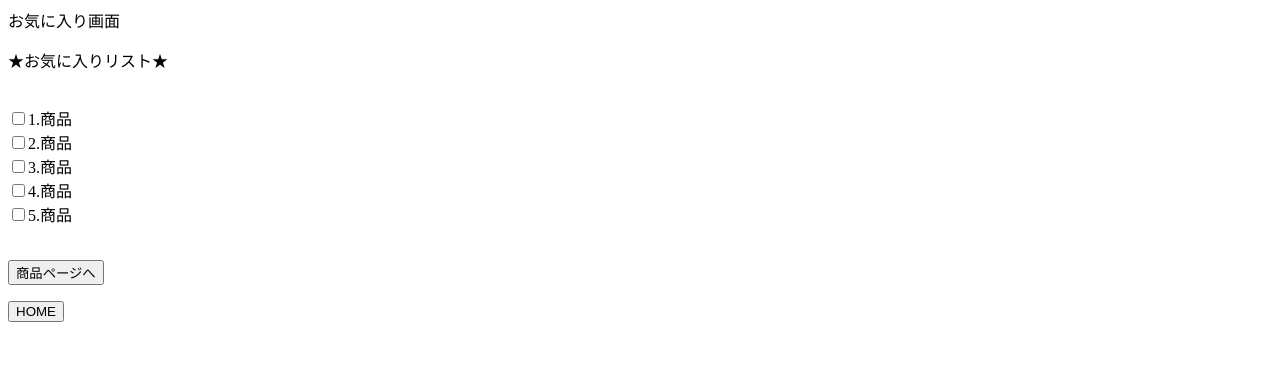
Repository: nathox/backup
Page: http://localhost/Favorite/
The author's editor kept a copy of each file at every save. The page is drawn from the files as they stood at one save, then again after the next save.
The browser window is 1280 px wide. The pictures show the whole page.
The page is served by Tomcat 9. Other server files are loaded and not shown.

Above is the page before, as saved 2018-02-06 01:35:58.
Console error (its wording comes from the project's code and is left out).

### Favorite/WebContent/a.jsp
<%@ page language="java" contentType="text/html; charset=UTF-8"
    pageEncoding="UTF-8"%>
<!DOCTYPE html PUBLIC "-//W3C//DTD HTML 4.01 Transitional//EN" "http://www.w3.org/TR/html4/loose.dtd">
<html>
<head>
<meta http-equiv="Content-Type" content="text/html; charset=UTF-8">
<title>Insert title here</title>
</head>
<body>



<form name="frmMove">
<script language=javascript>
function obakasannemou(){
objChk = frmMove.chkMove //チェックボックスオブジェクトを参照
str = ""; //チェック内容を代入する変数
for(i = 0 ; i < objChk.length;i++){
if(objChk[i].checked) str += objChk[i].value
}
switch(str){
case "1":
location.href="https://www.yahoo.co.jp/";
break;
case "2":
location.href="https://www.google.co.jp";
break;

case "3":
location.href="https://www.biglobe.ne.jp/";
break;

case "4":
location.href="https://www.goo.ne.jp/";
break;

case "5":
location.href="https://www.google.co.jp/maps";
break;


}
}
</script>

お気に入り画面
<p>
★お気に入りリスト★
</p>

<p>
<br>
<input type="checkbox" value="1" name="chkMove">1.商品
<br><input type="checkbox" value="2" name="chkMove">2.商品
<br><input type="checkbox" value="3" name="chkMove">3.商品
<br><input type="checkbox" value="4" name="chkMove">4.商品
<br><input type="checkbox" value="5" name="chkMove">5.商品
</p>

<p>
<br><input type="button" value="商品ページへ" onclick="obakasannemou()">

</p>
</form>


<input type="button" value="HOME" onclick="https://www.google.co.jp/maps">


</body>
</html>

After the next save:
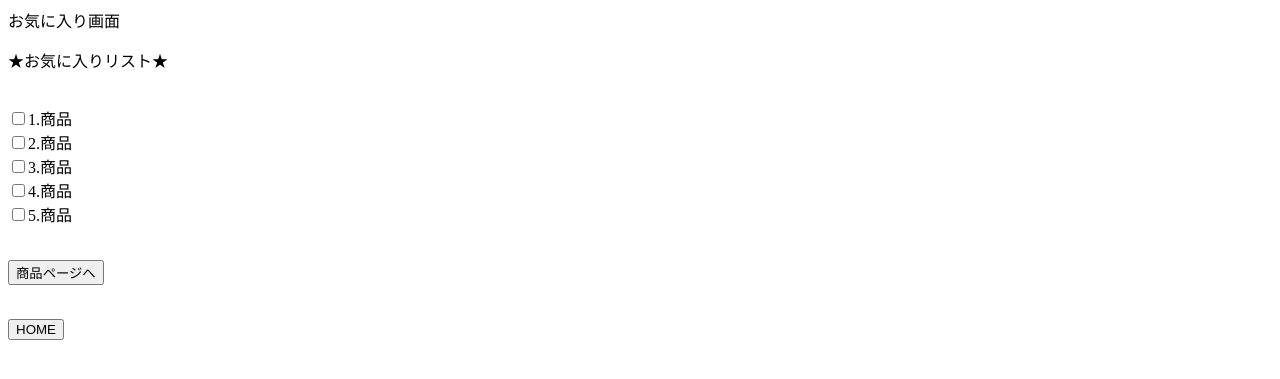
Saved 2 min 5 s later.
--- a/Favorite/WebContent/a.jsp
+++ b/Favorite/WebContent/a.jsp
@@ -64,7 +64,7 @@ break;
 </form>
 
 
-<input type="button" value="HOME" onclick="https://www.google.co.jp/maps">
+<br><input type="button" value="HOME" onclick="https://www.google.co.jp/maps">
 
 
 </body>
